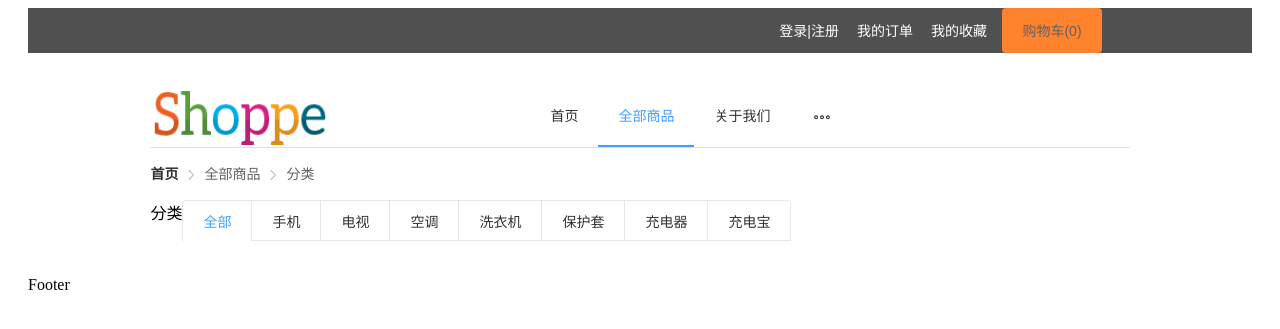
Repository: zhenghaochang/---
Page: /#/allGoods (app in xiaomi/)
The author's editor kept a copy of each file at every save. The page is drawn from the files as they stood at one save, then again after a run of saves.
The browser window is 1280 px wide. The pictures show the whole page.
The project was rebuilt for these pictures with package versions that can differ from the ones it lists, and the page was loaded fresh each time. Also part of the build but not shown: xiaomi/vite.config.js.

Above is the page before, as saved 2025-08-01 15:17:08.

### xiaomi/src/main.js
import { createApp } from 'vue';
import ElementPlus from 'element-plus';
import 'element-plus/dist/index.css';
import router from './router/router';
import App from './App.vue';
import * as ElementPlusIconsVue from '@element-plus/icons-vue';
import { createPinia } from 'pinia';
import piniaPluginPersistedstate from 'pinia-plugin-persistedstate'
const app = createApp(App);
const pinia = createPinia();
pinia.use(piniaPluginPersistedstate)
app.use(pinia);
for (const [key, component] of Object.entries(ElementPlusIconsVue)) {
    app.component(key, component);
}
app.use(router);
app.use(ElementPlus);
app.mount('#app');

### xiaomi/src/router/router.js
import {createRouter,createWebHashHistory} from 'vue-router'

let router = createRouter({
    history:createWebHashHistory(),
    routes:[
        {
            path:"/",
            component:()=>import('../components/main.vue'),
            redirect:"/home",
            children:[
                {
                    path:"/home",
                    component:() => import('../view/home.vue')
                },
                {
                    path:"/allGoods",
                    component:() => import('../view/allGoods.vue')
                }
            ]
        }
    ]
})

export default router

### xiaomi/src/App.vue
<script setup>
import Menu from '../src/components/menu.vue'


</script>

<template>
    <div>
        <el-container>
            <el-header class="header"><Menu></Menu></el-header>
            <el-main class="main"><router-view></router-view></el-main>
            <el-footer>Footer</el-footer>
        </el-container>
    </div>
</template>

<style scoped>
.header{
/*     background-color: blue; */
    width:100%
}
/* .main{
    background-color: blue;
    width: 100%;
    display:flex;
    flex-direction: column;
    justify-content: center;
} */
</style>

### xiaomi/src/components/main.vue
<script setup>
import logo from '../assets/img/logo.png'
import { Search } from '@element-plus/icons-vue'
import {useRoute,useRouter} from 'vue-router'

const router = useRouter()
const route = useRoute()

</script>

<template>
    <div class="base_div">
        <!-- 菜单div -->
        <div style="width:80%;margin-bottom:20px">
            <el-menu
                :default-active="route.path"
                class="menu"
                mode="horizontal"
                @select="handleSelect"
                router
            >
                <div>
                    <img style="width:180px;height:60px;margin-right:200px" :src="logo" alt="">
                </div>
                <el-menu-item index="/home">首页</el-menu-item>
                <el-menu-item index="/allGoods">全部商品</el-menu-item>
                <el-menu-item index="/aboutUs">关于我们</el-menu-item>
                <div>
                    <el-input
                        v-model="input3"
                        style="margin-left:200px;width:250px"
                        placeholder="请输入商品名称"
                        class="input-with-select"
                    >
                        <template #append>
                            <el-button :icon="Search" />
                        </template>
                    </el-input>
                </div>
            </el-menu>
        </div>
        <!-- 菜单div END -->
        <!-- 主体div -->
        <div style="width:100%">
            <router-view></router-view>
        </div>
    </div>
</template>

<style scoped>
.base_div{
    width: 100%;
    display:flex;
    flex-direction: column;
    align-items:center;
}
.menu{
    display:flex;
    align-items: center;
}
</style>

### xiaomi/src/view/allGoods.vue
<script setup>
import { ArrowRight } from '@element-plus/icons-vue'
import {ref} from 'vue'


const activeName = ref('0')

</script>

<template>
    <div class="base_div">
        <!-- 面包屑 -->
        <div style="width:80%">
            <el-breadcrumb :separator-icon="ArrowRight">
                <el-breadcrumb-item :to="{ path: '/home' }">首页</el-breadcrumb-item>
                <el-breadcrumb-item>全部商品</el-breadcrumb-item>
                <el-breadcrumb-item>分类</el-breadcrumb-item>
            </el-breadcrumb>
        </div>
        <!-- 面包屑END -->
        <br>
        <!-- 分类标签 -->
        <div style="width:80%;display:flex;">
            分类
            <el-tabs
                v-model="activeName"
                type="card"
                class="demo-tabs"
                @tab-click="handleClick"
            >
                <el-tab-pane label="全部" name="0"></el-tab-pane>
                <el-tab-pane label="手机" name="1"></el-tab-pane>
                <el-tab-pane label="电视" name="2"></el-tab-pane>
                <el-tab-pane label="空调" name="3"></el-tab-pane>
                <el-tab-pane label="洗衣机" name="4"></el-tab-pane>
                <el-tab-pane label="保护套" name="5"></el-tab-pane>
                <el-tab-pane label="充电器" name="6"></el-tab-pane>
                <el-tab-pane label="充电宝" name="7"></el-tab-pane>
            </el-tabs>
        </div>
        <!-- 分类标签END -->
    </div>
</template>

<style scoped>
.base_div{
    width: 100%;
    display: flex;
    justify-content: center;
}
</style>

### xiaomi/src/components/menu.vue
<script setup>
import {ref,reactive} from 'vue'
import request from '../request/index'
import { ElMessage } from 'element-plus'
import {useUserStore} from '../store/index'


const store = useUserStore()


const loginVisible = ref(false)
const registVisible = ref(false)

const loginForm = ref({
    username:'',
    password:''
})

const registForm = ref({
    username:'',
    password:'',
    rePassword:'',
    name:''
})

const user = ref({
    id:0,
    username:'',
    name:'',
    numInCart:0,
    token:''
})

const loginFormRef = ref()
const registFormRef = ref()

const validateUsername = (rule,value,callback)=>{
    if(value.length==0){
      callback(new Error("用户名不能为空"))
    }else{
      callback()
    }
  }

  const validatePassword = (rule,value,callback)=>{
    if(value.length<4){
      callback(new Error("密码小于4位"))
    }else{
      callback()
    }
  }

  const validateRePassword = (rule,value,callback)=>{
    if(value.length<4){
      callback(new Error("密码小于4位"))
    }else{
      if(value != registForm.value.password){
        callback(new Error("密码不一致"))
      }else{
        callback()
      }
    }
  }

  const rules = {
    username:[{required:true,message:'用户名不能为空',validator:validateUsername}],
    password:[{required:true,message:'密码必须大于4位',validator:validatePassword}],
    rePassword:[{required:true,validator:validateRePassword}]
  }


async function login(){
    const valid = await loginFormRef.value.validate
    if(valid){
        let {data} = await request.post("/user/login",loginForm.value)
        if(data.code == 200){
            ElMessage.success('登录成功')
            user.value = data.data
            store.changeInfo(user.value)
            loginVisible.value = false
        }else{
            ElMessage.error(data.msg)
        }
    }
}

async function regist(){
    const valid = await registFormRef.value.validate
    if(valid){
        let {data} = await request.post("/user/regist",registForm.value)
        if(data.code == 200){
            ElMessage.success('注册成功')
            registVisible.value = false
            loginVisible.value = true
        }else{
            ElMessage.error(data.msg)
        }
    }
}

</script>

<template>
    <div class="base_div">
        <el-button color="rgb(80,80,80)" @click="loginVisible = true" v-if="store.id==0" link>登录|注册</el-button>
        <div style="display:flex;align-items:center;margin-right:10px" v-else>
            <el-button color="rgb(80,80,80)" link>欢迎{{store.name}}</el-button>
            <el-button color="rgb(80,80,80)" @click="()=>{store.logout(),ElMessage.success('已退出')}" link>退出登录</el-button>
        </div>
        <el-button color="rgb(80,80,80)" link>我的订单</el-button>
        <el-button color="rgb(80,80,80)" link>我的收藏</el-button>
        <el-button  style="background-color:rgb(255,130, 45);margin-right:150px;width:100px"  link>购物车({{store.numInCart}})</el-button>

        <!-- 登录窗口 -->
        <el-dialog v-model="loginVisible"  title="登录" width="300">
            <el-form :model="loginForm" ref="loginFormRef" :rules="rules">
                <el-form-item label="用户名" prop="username" :label-width="70">
                    <el-input v-model="loginForm.username" autocomplete="off" />
                </el-form-item>
                <el-form-item label="密码" prop="password" :label-width="70">
                    <el-input v-model="loginForm.password" autocomplete="off" type="password" show-password />
                </el-form-item>
            </el-form>
            <template #footer>
                <div style="display:flex;justify-content:space-between;align-items:center">
                    <el-button type="warning" @click="registVisible = true">注册</el-button>
                    <div>
                        <el-button @click="loginVisible = false">取消</el-button>
                        <el-button type="primary" @click="login">
                        登录
                        </el-button>
                    </div>

                </div>
            </template>
        </el-dialog>
        <!-- 登录窗口END -->
        <!-- 注册窗口 -->
        <el-dialog v-model="registVisible"  title="注册" width="350">
            <el-form :model="registForm" ref="registFormRef" :rules="rules">
                <el-form-item label="用户名" prop="username" :label-width="80">
                    <el-input v-model="registForm.username" autocomplete="off" />
                </el-form-item>
                <el-form-item label="密码" prop="password" :label-width="80">
                    <el-input v-model="registForm.password" autocomplete="off" type="password" show-password />
                </el-form-item>
                <el-form-item label="确认密码" prop="rePassword" :label-width="80">
                    <el-input v-model="registForm.rePassword" autocomplete="off" type="password" show-password />
                </el-form-item>
                <el-form-item label="姓名"  :label-width="80">
                    <el-input v-model="registForm.name" autocomplete="off"  />
                </el-form-item>
            </el-form>
            <template #footer>
                <div style="">
                    <div>
                        <el-button @click="registVisible = false">取消</el-button>
                        <el-button type="primary" @click="regist">
                        注册
                        </el-button>
                    </div>

                </div>
            </template>
        </el-dialog>
        <!-- 注册窗口END -->
    </div>
</template>

<style scoped>
.base_div{
    background-color:rgb(80,80,80);
    width:100%;
    height:45px;
    display: flex;
    justify-content:flex-end;
}
</style>

### xiaomi/src/request/index.js
import axios from 'axios'


const request = axios.create({
    baseURL:'http://localhost:8080',
    timeout:10000
})









export default request

### xiaomi/src/store/index.js
import {defineStore} from 'pinia'

const user = {
    id:0,
    username:'',
    name:'',
    numInCart:0,
    token:''
}

export const useUserStore = defineStore('userInfo',{
    state:()=>({
        id:0,
        username:'',
        name:'',
        numInCart:0,
        token:''
    }),
    getters:{},
    actions:{
        changeInfo(user){
            this.id = user.id,
            this.username = user.username,
            this.name = user.name,
            this.numInCart = user.numInCart,
            this.token = user.token
        },
        logout(){
            this.id = 0,
            this.username = '',
            this.name = '',
            this.numInCart = 0,
            this.token = ''
        }
    },
    persist: true
}
)

Loaded but not shown: xiaomi/index.html (common file)

After the next 2 saves:
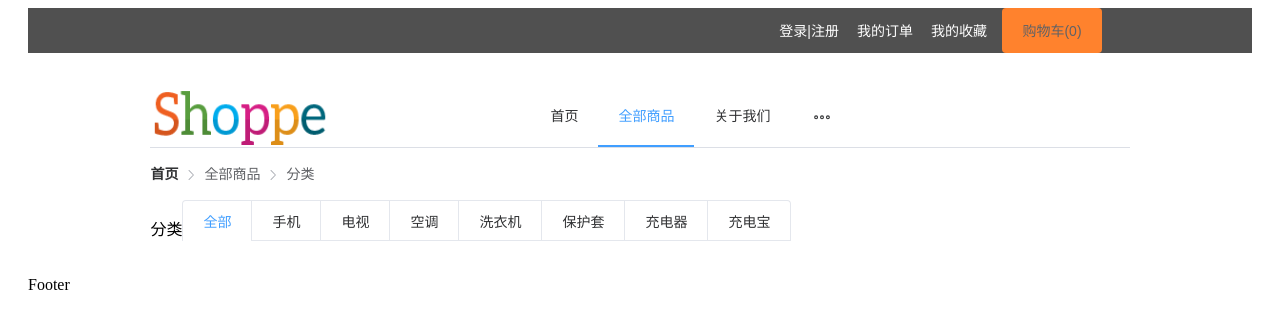
The 2 saves are shown as one change because they came seconds apart.
The last was saved 13 s later.
--- a/xiaomi/src/view/allGoods.vue
+++ b/xiaomi/src/view/allGoods.vue
@@ -20,7 +20,7 @@ const activeName = ref('0')
         <!-- 面包屑END -->
         <br>
         <!-- 分类标签 -->
-        <div style="width:80%;display:flex;">
+        <div style="width:80%;display:flex;align-items:center   ">
             分类
             <el-tabs
                 v-model="activeName"
